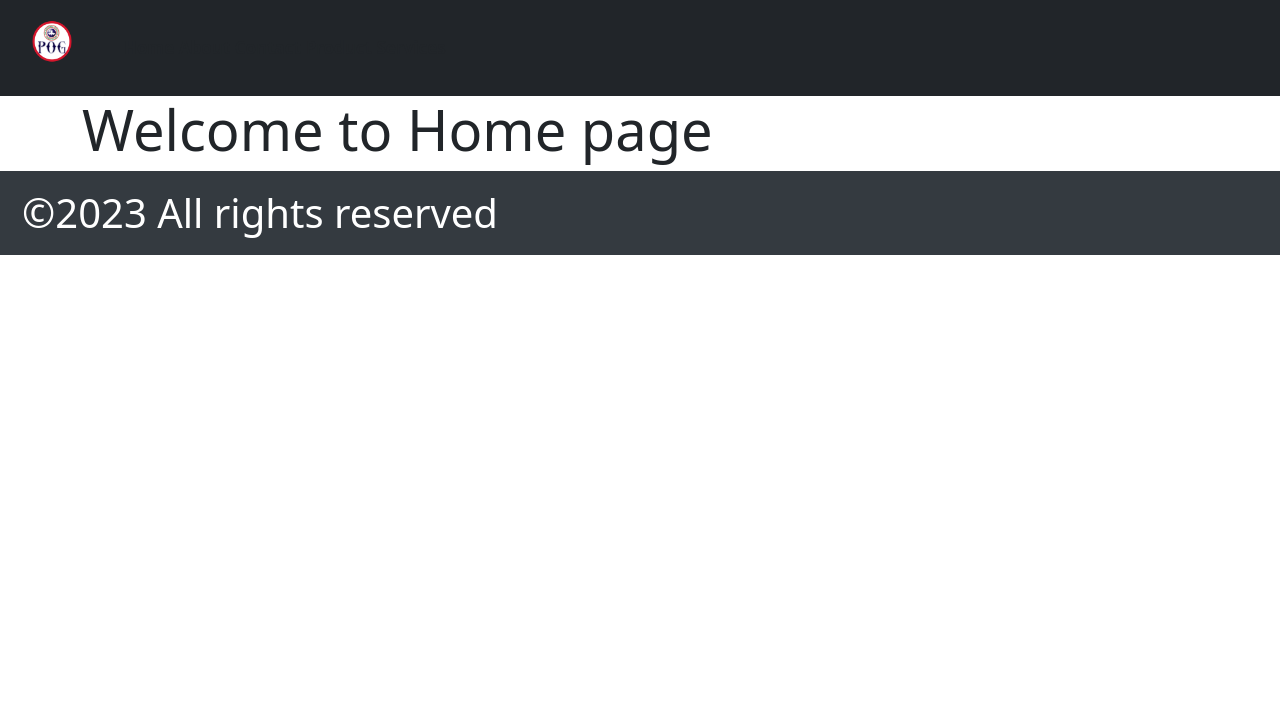
Repository: VuNhatDinhLe/test
Page: http://localhost/
An editor plug-in stored every save of this project. The page is shown before and after the next save, followed by the edit.
The browser window is 1280 px wide. The pictures show the whole page.
Some icons come from a web library that is not loaded, so they are not drawn. The page is served by the project's Node server (server.js). Other server files are loaded and not shown.

Above is the page before, as saved 2023-05-24 22:40:00.

### WEEK3DEMO/app/views/index.ejs
<!DOCTYPE html>
<html lang="en">
<head>
    <meta charset="UTF-8">
    <meta http-equiv="X-UA-Compatible" content="IE=edge">
    <meta name="viewport" content="width=device-width, initial-scale=1.0">
    <title><%= title %></title>
    <link rel="stylesheet" href="style.css"/>
    <link rel="stylesheet" href="/bootstrap/dist/css/bootstrap.min.css"/>
    <link rel="stylesheet" href="/@fortawesome/fontawesome-free/css/all.min.css"/>

        <style>
        ul.navbar-max {
            list-style: none; /* Remove the bullet */
            display: inline; /* Display the list items inline */
            float:right;
            font-size:17px

        }

        ul.navbar-max li {
            display: inline-block; /* Make the list items display inline */
        }
        a:link {
    text-decoration: none;
}


a:visited {
    text-decoration: none;
}


a:hover {
    text-decoration: none;
}


a:active {
    text-decoration: none;
}
html,
body {
  height: 100%;
  margin: 0;
}

body {
  display: flex;
  flex-direction: column;
}

main {
  flex: 1;
}



 footer {
            background-color: #343a40;
            color: #ffffff;
            padding: 10px;
        }

        footer .navbar-text {
            margin-bottom: 0;
        }


    </style>
</head>
<body>
   <!--Main Navigation-->
    <nav class="navbar navbar-expand-lg navbar-dark bg-dark">
  <div class="container-fluid">


    <!--<a class="navbar-brand" href="#">COMP229</a>-->
    <!--<button class="navbar-toggler" type="button" data-toggle="collapse" data-target="#navbarSupportedContent" aria-controls="navbarSupportedContent" aria-expanded="false" aria-label="Toggle navigation">
      <span class="navbar-toggler-icon"></span>
    </button>-->
    <img src="/img/logo.png" alt="logo" style: width="80px"; height="80px">
    <div class="collapse navbar-collapse" id="navbarSupportedContent">

      <b>
        <ul class="navbar-max mr-auto mb-2 mb-lg-0" >
          <% if (title=="Home"){%>
        <li class="nav-item active">
          <%}else{%>
            <li class="nav-item">
              <%}%>
          <a class="nav-link"  href="/"><i class="fas fa-lg fa-laptop-house"></i>Home</a>
        </li>
         <% if (title=="About"){%>
        <li class="nav-item active">
          <%}else{%>
            <li class="nav-item">
              <%}%>
          <a class="nav-link"  href="/about"><i class="fa-solid fa-address-card"></i>About</a>
        </li>
        <% if (title=="Contact"){%>
          <li class="nav-item active">
          <%}else{%>
        <li class="nav-item">
          <%}%>
          <a class="nav-link"  href="/contact"><i class="fa-solid fa-address-book"></i>Contact</a>
        </li>
         <% if (title=="Product"){%>
          <li class="nav-item active">
          <%}else{%>
        <li class="nav-item">
          <%}%>
          <a class="nav-link"  href="/products"><i class="fa-brands fa-product-hunt"></i>Product</a>
        </li>
         <% if (title=="Services"){%>
          <li class="nav-item active">
          <%}else{%>
        <li class="nav-item">
          <%}%>
          <a class="nav-link"  href="/services"><i class="fa-brands fa-servicestack"></i>Services</a>
        </li>
        </ul>
    </div>
  </div>
</nav>

<main class="container">
  <div class="jumbotron">
    <h1 class="display-4">Welcome to <%= title %> page</h1>
    </div>
    </main>
    <!--bottom nav-->

    <footer>

   <div class="container-fluid">
    <h6 class="display-6 navbar-text">&copy;2023 All rights reserved</h6>
    </div>
    </nav>
  </div>
</nav>
      </footer>
      <!--script section-->
    <script src="/jquery/dist/jquery.min.js"></script>
    <script src="/bootstrap/dist/js/bootstrap.min.js"></script>
</body>

</html>

### WEEK3DEMO/server.js
process.env.NODE_ENV = process.env.NODE_ENV || 'development';
var express = require('./config/express');
var app = express();
app.listen(5000);
module.exports = app;

console.log('Server running at http://localhost:5000/');

### WEEK3DEMO/app/routes/index.server.routes.js
var express = require('express');
var router = express.Router();

/* GET home page. */
router.get('/', function(req, res, next) {
  res.render('index', { title: 'Home' });
});

router.get('/about', function(req, res, next) {
  res.render('index', { title: 'About' });
});
router.get('/products', function(req, res, next) {
  res.render('index', { title: 'Products' });
});
router.get('/contact', function(req, res, next) {
  res.render('index', { title: 'Contact' });
});
router.get('/services', function(req, res, next) {
  res.render('index', { title: 'Services' });
});

module.exports = router;

### WEEK3DEMO/public/Content/Style.css
a:link {
    text-decoration: none;
}


a:visited {
    text-decoration: none;
}


a:hover {
    text-decoration: none;
}


a:active {
    text-decoration: none;
}

ul {
    list-style-type: none;
}

After the next save:
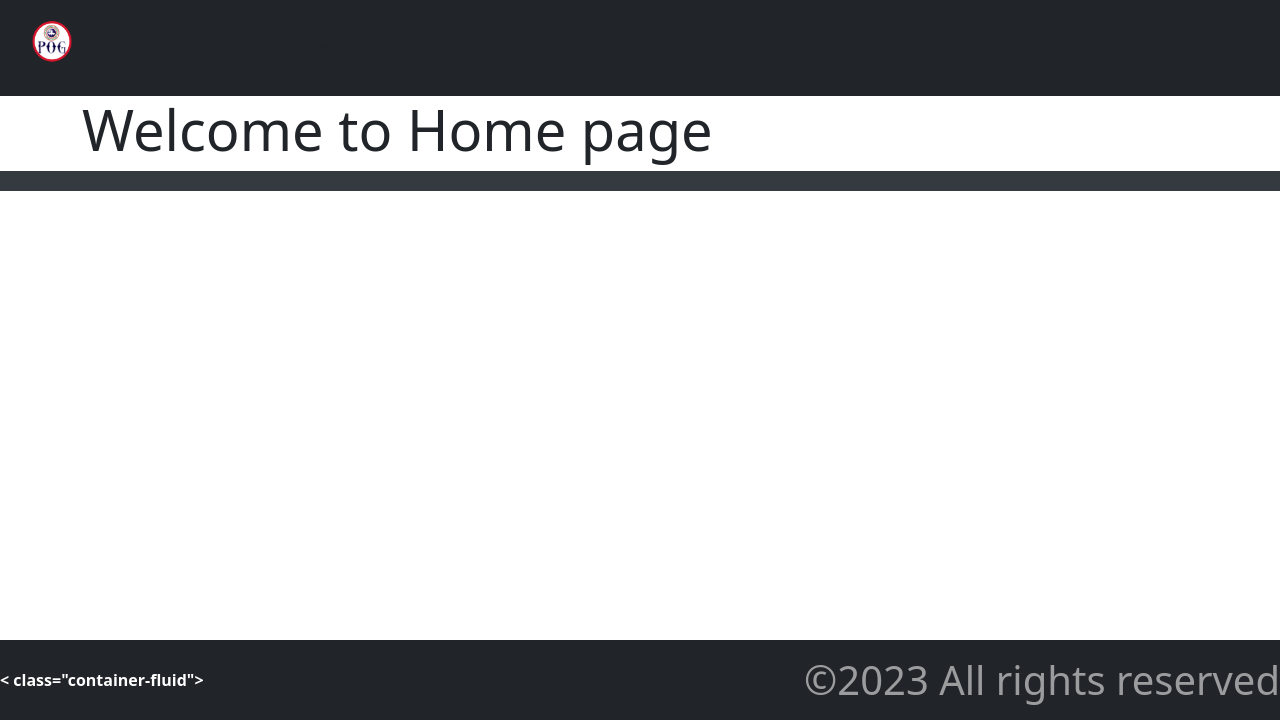
Saved 4 s later.
--- a/WEEK3DEMO/app/views/index.ejs
+++ b/WEEK3DEMO/app/views/index.ejs
@@ -132,10 +132,10 @@ main {
     <!--bottom nav-->
 
     <footer>
-
-   <div class="container-fluid">
+      <nav class="navbar fixed-bottom navbar-dark bg-dark">
+   < class="container-fluid">
     <h6 class="display-6 navbar-text">&copy;2023 All rights reserved</h6>
-    </div>
+    </>
     </nav>
   </div>
 </nav>
